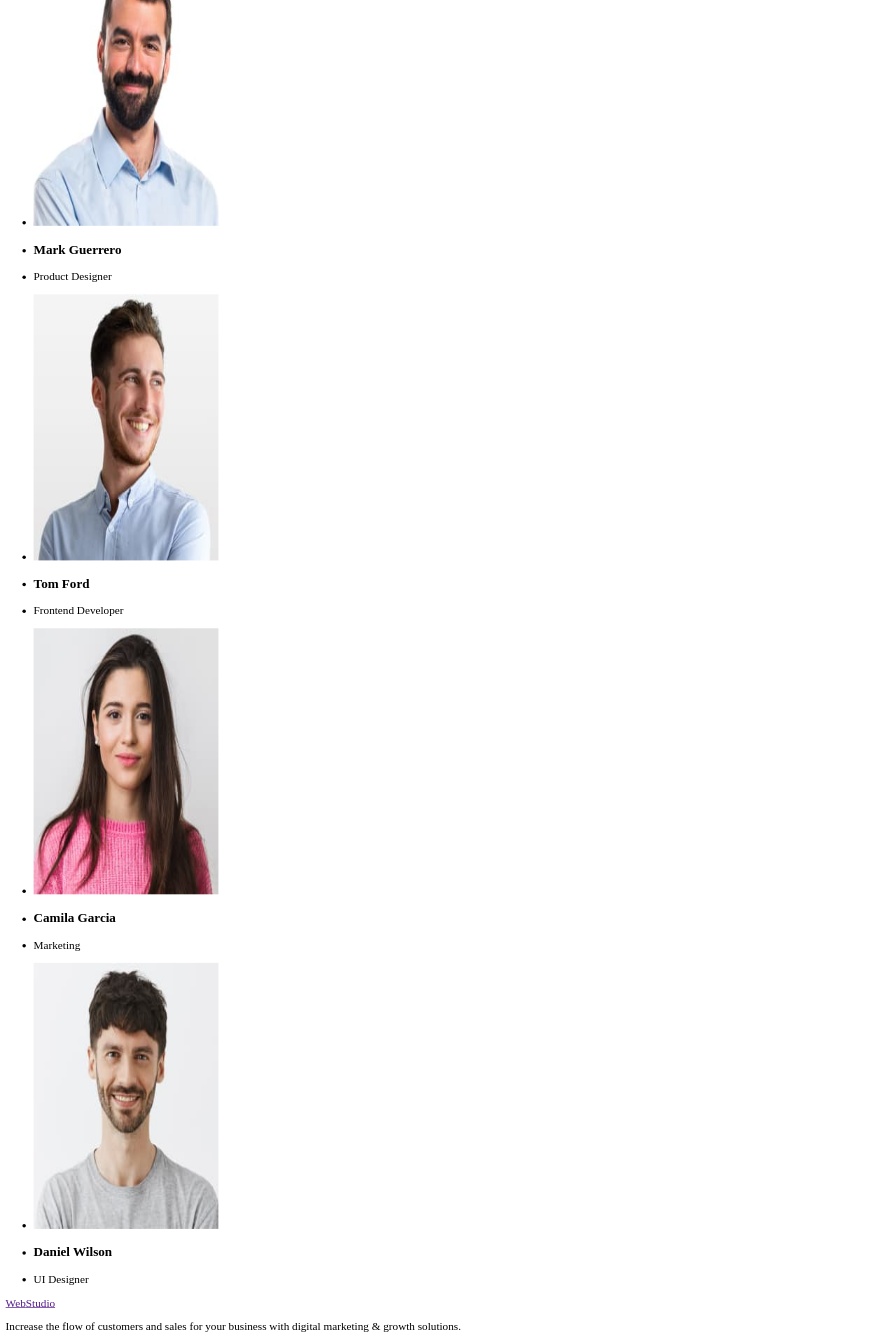
Repository: GrishchenkoNataliya/goit-markup-hw-02
Page: index.html
The author's editor kept a copy of each file at every save. The page is drawn from the files as they stood at one save, then again after the next save.
The browser window is 1280 px wide. The pictures show the part of the page from y = 1652 to 3572 px (the page is 3572 px tall), at 70% of full size.

Above is the page before, as saved 2023-02-26 00:45:59.

After the next save:
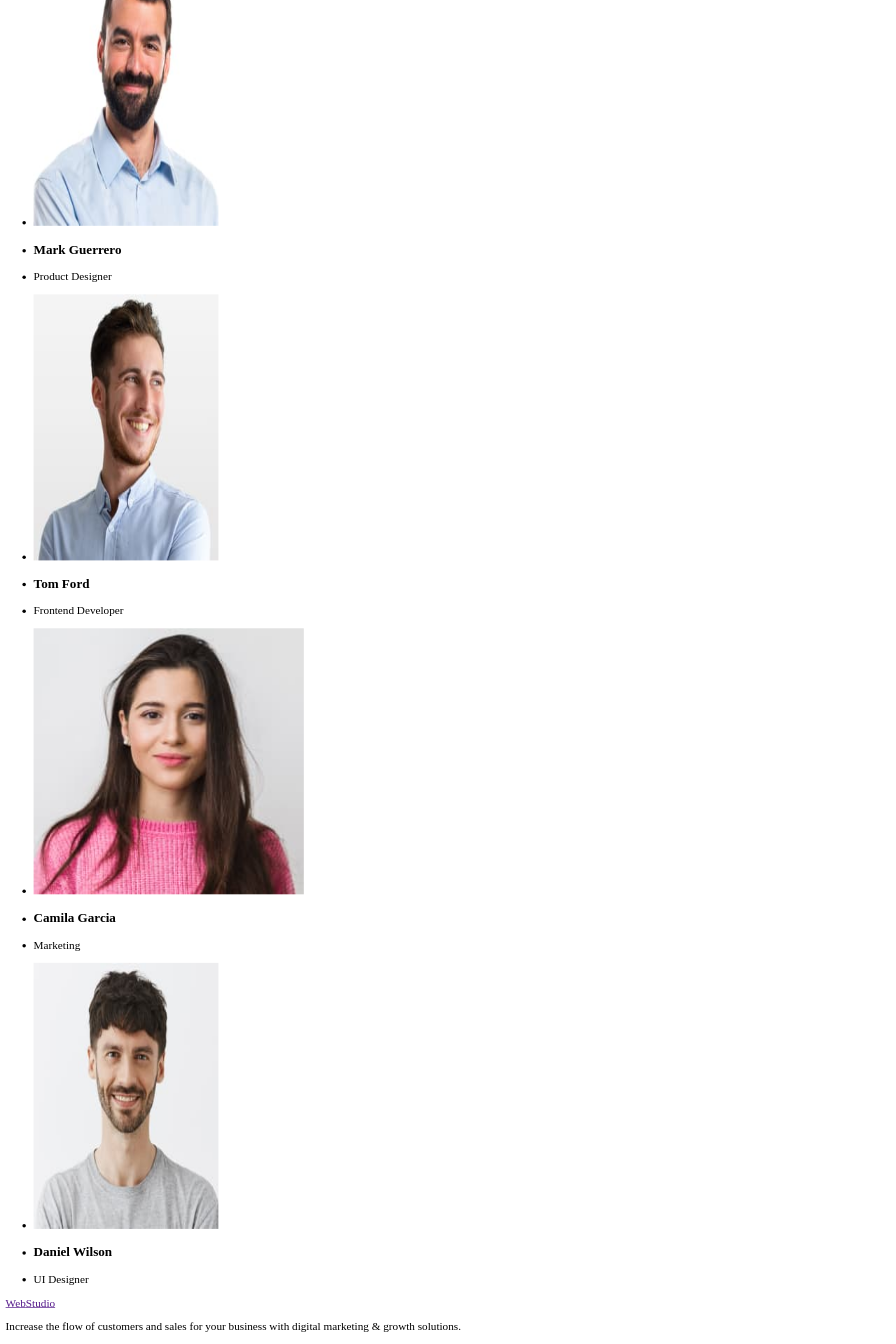
Saved 41 s later.
--- a/index.html
+++ b/index.html
@@ -133,7 +133,7 @@
             <img
               src="./images/img3.jpg"
               alt="Camila Garcia"
-              width="264"
+              width=""
               height="380"
             />
           </li>
